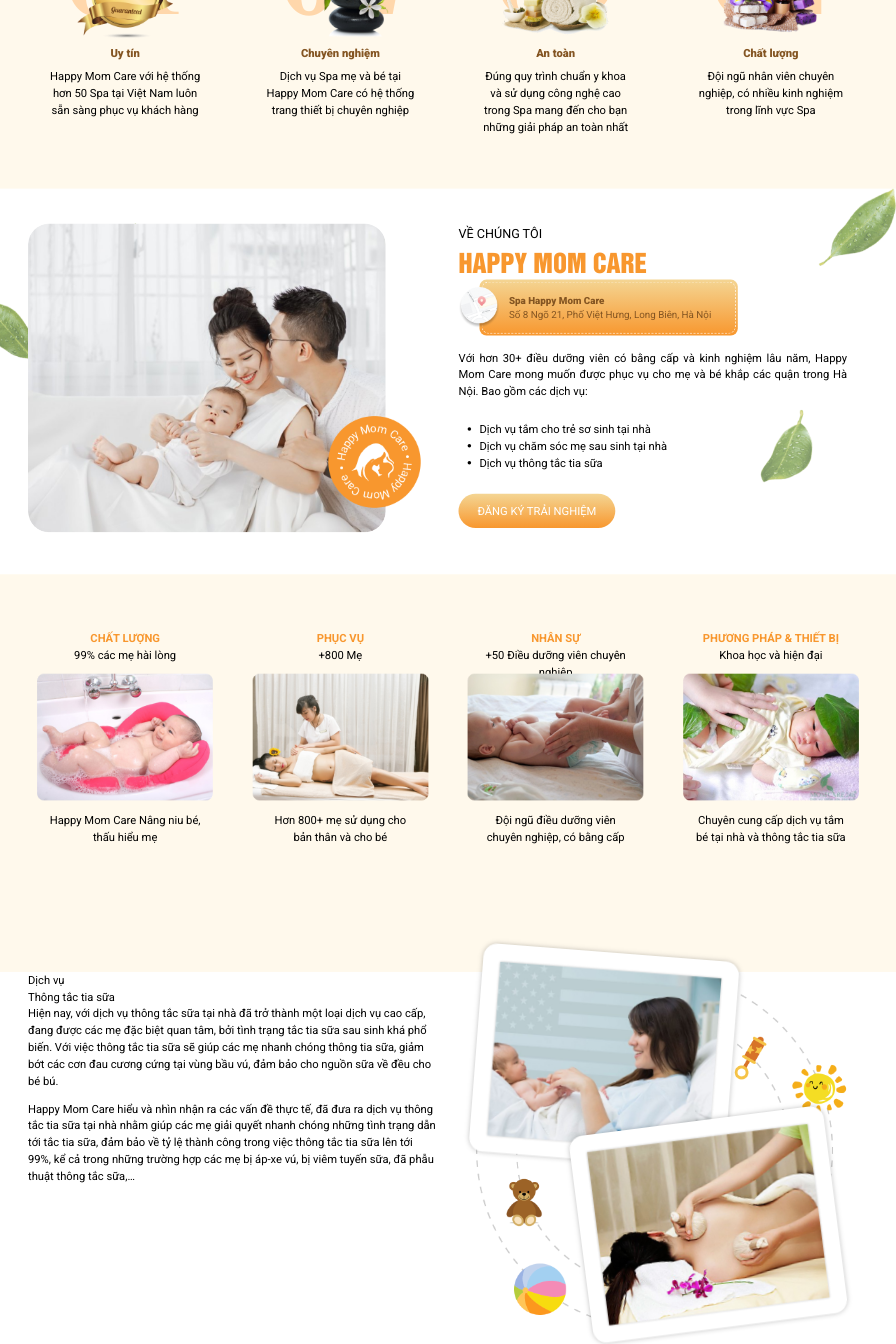
Repository: haianh12082001/happymom
Page: index.html
These files come from the project's save history. The page is drawn as it stood at one moment and after the next save; the edit follows.
The browser window is 1280 px wide. The pictures show the part of the page from y = 849 to 2769 px (the page is 2769 px tall), at 70% of full size.
Some web libraries are served in a nearby version. The style sheet was rebuilt from its Sass, Less or Tailwind sources for each picture, by a compiler version that may differ from the author's.

Above is the page before, as saved 2021-11-16 10:05:43.

### index.html
<!DOCTYPE html>
<html lang="en">
    <head>
        <meta charset="UTF-8" />
        <meta http-equiv="X-UA-Compatible" content="IE=edge" />
        <meta name="viewport" content="width=device-width, initial-scale=1.0" />
        <title>Document</title>
        <link href="https://fonts.googleapis.com/css2?family=Roboto:wght@300;400;500;700;900&display=swap" rel="stylesheet" />
        <link rel="stylesheet" href="./assets/fonts/fontawesome-free-5.15.3/css/all.min.css" />
        <link
            rel="stylesheet"
            href="https://cdn.jsdelivr.net/npm/bootstrap@4.6.0/dist/css/bootstrap.min.css"
            integrity="sha384-B0vP5xmATw1+K9KRQjQERJvTumQW0nPEzvF6L/Z6nronJ3oUOFUFpCjEUQouq2+l"
            crossorigin="anonymous"
        />
        <link rel="stylesheet" href="./assets/css/app.css" />
    </head>
    <body>
        <div class="topbar">
            <div class="topbar__container container">
                <div class="topbar__logo">
                    <img src="./assets/img/logo.png" alt="" />
                </div>
                <div class="topbar__openTime">
                    <div class="openTime__text">Giờ mở cửa</div>
                    <div class="openTime__time">8h00 - 16h00</div>
                </div>
                <div class="topbar__seach">
                    <input type="text" name="" id="" placeholder="Tìm kiếm" />
                    <button class="button__seach">
                        <i class="fas fa-search r"></i>
                    </button>
                </div>
                <div class="topbar__hotline">
                    <div class="hotline__icon">
                        <img src="./assets/img/icon__phone.png" alt="" />
                    </div>
                    <div class="hotline__text">
                        <p class="hotline__text--top">Hotline:</p>
                        <p class="hotline__text--bottom">0944 430 977</p>
                    </div>
                </div>
                <div class="topbar__book">
                    <div class="book__icon">
                        <i class="fas fa-calendar-alt"></i>
                    </div>
                    <p class="book__text">Đặt lịch hẹn</p>
                </div>
            </div>
        </div>
        <header class="header">
            <div class="header__container container">
                <ul class="header__list">
                    <li class="header__item">
                        <a href="#" class="header__link">Trang chủ</a>
                    </li>
                    <li class="header__item">
                        <a href="#" class="header__link">Giới thiệu</a>
                    </li>
                    <li class="header__item">
                        <a href="#" class="header__link">Dịch vụ</a>
                    </li>
                    <li class="header__item">
                        <a href="#" class="header__link">Khoá học</a>
                    </li>
                    <li class="header__item">
                        <a href="#" class="header__link">Hệ thống đại lý</a>
                    </li>
                    <li class="header__item">
                        <a href="#" class="header__link">Tin tức</a>
                    </li>
                    <li class="header__item">
                        <a href="#" class="header__link">Liên hệ</a>
                    </li>
                </ul>
                <ul class="header__social">
                    <li>
                        <a href="#">
                            <i class="fab fa-facebook-f"></i>
                        </a>
                    </li>
                    <li>
                        <a href="#">
                            <i class="fab fa-twitter"></i>
                        </a>
                    </li>
                    <li>
                        <a href="#">
                            <i class="fab fa-google-plus-g"></i>
                        </a>
                    </li>
                    <li>
                        <a href="#">
                            <i class="fab fa-skype"></i>
                        </a>
                    </li>
                </ul>
            </div>
        </header>
        <section class="banner">
            <div class="banner__content">
                <div class="banner__img">
                    <img src="./assets/img/banner/Rectangle 28.png" alt="" />
                </div>
                <!-- <div class="banner__phone">
                    <div class="icon">
                        <i class="fas fa-phone-alt"></i>
                    </div>
                    <div class="text">0944 430 977</div>
                </div> -->
            </div>
        </section>
        <section class="bannerAdv">
            <div class="bannerAdv__container container">
                <div class="row">
                    <div class="bannerAdv__item col-lg-3">
                        <div class="bannerAdv__item--top">
                            <div class="text">01</div>
                            <img src="./assets/img/bannerAdv/pngwing 6.png" alt="" />
                        </div>
                        <div class="bannerAdv__item--bottom">
                            <div class="name">Uy tín</div>
                            <p class="des">Happy Mom Care với hệ thống hơn 50 Spa tại Việt Nam luôn sẵn sàng phục vụ khách hàng</p>
                        </div>
                    </div>
                    <div class="bannerAdv__item col-lg-3">
                        <div class="bannerAdv__item--top">
                            <div class="text">02</div>
                            <img src="./assets/img/bannerAdv/pngwing 8.png" alt="" />
                        </div>
                        <div class="bannerAdv__item--bottom">
                            <div class="name">Chuyên nghiệm</div>
                            <p class="des">Dịch vụ Spa mẹ và bé tại Happy Mom Care có hệ thống trang thiết bị chuyên nghiệp</p>
                        </div>
                    </div>
                    <div class="bannerAdv__item col-lg-3">
                        <div class="bannerAdv__item--top">
                            <div class="text">03</div>
                            <img src="./assets/img/bannerAdv/pngwing 9.png" alt="" />
                        </div>
                        <div class="bannerAdv__item--bottom">
                            <div class="name">An toàn</div>
                            <p class="des">Đúng quy trình chuẩn y khoa và sử dụng công nghệ cao trong Spa mang đến cho bạn những giải pháp an toàn nhất</p>
                        </div>
                    </div>
                    <div class="bannerAdv__item col-lg-3">
                        <div class="bannerAdv__item--top">
                            <div class="text">04</div>
                            <img src="./assets/img/bannerAdv/pngwing 10.png" alt="" />
                        </div>
                        <div class="bannerAdv__item--bottom">
                            <div class="name">Chất lượng</div>
                            <p class="des">Đội ngũ nhân viên chuyên nghiệp, có nhiều kinh nghiệm trong lĩnh vực Spa</p>
                        </div>
                    </div>
                </div>
            </div>
        </section>
        <section class="introduce">
            <div class="introduce__container container">
                <div class="row">
                    <div class="col-lg-6">
                        <div class="introduce__img">
                            <img src="./assets/img/Rectangle 33.png" alt="" />
                        </div>
                    </div>
                    <div class="col-lg-6">
                        <div class="introduce__heading">Về chúng tôi</div>
                        <div class="introduce__name">Happy mom care</div>
                        <div class="introduce__address">
                            <div class="introduce__address--img">
                                <img src="./assets/img/Ellipse 29.png" alt="" />
                            </div>
                            <div class="introduce__address--text">
                                <p>Spa Happy Mom Care</p>
                                <span>Số 8 Ngõ 21, Phố Việt Hưng, Long Biên, Hà Nội</span>
                            </div>
                        </div>
                        <div class="introduce__text">
                            <p>
                                Với hơn 30+ điều dưỡng viên có bằng cấp và kinh nghiệm lâu năm, Happy Mom Care mong muốn được phục vụ cho mẹ và bé khắp các quận
                                trong Hà Nội. Bao gồm các dịch vụ:
                            </p>
                            <ul class="text__list">
                                <li>Dịch vụ tắm cho trẻ sơ sinh tại nhà</li>
                                <li>Dịch vụ chăm sóc mẹ sau sinh tại nhà</li>
                                <li>Dịch vụ thông tắc tia sữa</li>
                            </ul>
                        </div>
                        <div class="introduce__btn">
                            <a href="">Đăng ký trải nghiệm</a>
                        </div>
                    </div>
                </div>
            </div>
        </section>
        <section class="blog">
            <div class="blog__container container">
                <div class="row">
                    <div class="blog__item col-lg-3">
                        <div class="blog__name">Chất lượng</div>
                        <div class="blog__subname">99% các mẹ hài lòng</div>
                        <div class="blog__img">
                            <img src="./assets/img/blog/Rectangle 35 (3).png" alt="" />
                        </div>
                        <div class="blog__des">Happy Mom Care Nâng niu bé, thấu hiểu mẹ</div>
                        <div class="blog__btn btn">
                            <a href="">Tìm hiểu thêm</a>
                            <img class="blog__btn--img" src="./assets/img/blog/plant 1.png" alt="" />
                        </div>
                    </div>
                    <div class="blog__item col-lg-3">
                        <div class="blog__name">Phục vụ</div>
                        <div class="blog__subname">+800 Mẹ</div>
                        <div class="blog__img">
                            <img src="./assets/img/blog/Rectangle 35 (4).png" alt="" />
                        </div>
                        <div class="blog__des">Hơn 800+ mẹ sử dụng cho bản thân và cho bé</div>
                        <div class="blog__btn btn">
                            <a href="">Tìm hiểu thêm</a>
                            <img class="blog__btn--img" src="./assets/img/blog/plant 1.png" alt="" />
                        </div>
                    </div>
                    <div class="blog__item col-lg-3">
                        <div class="blog__name">Nhân sự</div>
                        <div class="blog__subname">+50 Điều dưỡng viên chuyên nghiệp</div>
                        <div class="blog__img">
                            <img src="./assets/img/blog/Rectangle 35 (5).png" alt="" />
                        </div>
                        <div class="blog__des">Đội ngũ điều dưỡng viên chuyên nghiệp, có bằng cấp</div>
                        <div class="blog__btn btn">
                            <a href="">Tìm hiểu thêm</a>
                            <img class="blog__btn--img" src="./assets/img/blog/plant 1.png" alt="" />
                        </div>
                    </div>
                    <div class="blog__item col-lg-3">
                        <div class="blog__name">PHƯƠNG PHÁP & THIẾT BỊ</div>
                        <div class="blog__subname">Khoa học và hiện đại</div>
                        <div class="blog__img">
                            <img src="./assets/img/blog/Rectangle 35 (6).png" alt="" />
                        </div>
                        <div class="blog__des">Chuyên cung cấp dịch vụ tắm bé tại nhà và thông tắc tia sữa</div>
                        <div class="blog__btn btn">
                            <a href="">Tìm hiểu thêm</a>
                            <img class="blog__btn--img" src="./assets/img/blog/plant 1.png" alt="" />
                        </div>
                    </div>
                </div>
            </div>
        </section>
        <seaction class="serviceOne">
            <div class="serviceOne__container container">
                <div class="row">
                    <div class="col-lg-6 serviceOne__left">
                        <div class="service__title">Dịch vụ</div>
                        <div class="service__name">Thông tắc tia sữa</div>
                        <p>
                            Hiện nay, với dịch vụ thông tắc sữa tại nhà đã trở thành một loại dịch vụ cao cấp, đang được các mẹ đặc biệt quan tâm, bởi tình
                            trạng tắc tia sữa sau sinh khá phổ biến. Với việc thông tắc tia sữa sẽ giúp các mẹ nhanh chóng thông tia sữa, giảm bớt các cơn đau
                            cương cứng tại vùng bầu vú, đảm bảo cho nguồn sữa về đều cho bé bú.
                        </p>
                        <p>
                            Happy Mom Care hiểu và nhìn nhận ra các vấn đề thực tế, đã đưa ra dịch vụ thông tắc tia sữa tại nhà nhằm giúp các mẹ giải quyết
                            nhanh chóng những tình trạng dẫn tới tắc tia sữa, đảm bảo về tỷ lệ thành công trong việc thông tắc tia sữa lên tới 99%, kể cả trong
                            những trường hợp các mẹ bị áp-xe vú, bị viêm tuyến sữa, đã phẫu thuật thông tắc sữa,…
                        </p>
                    </div>
                    <div class="col-lg-6 serviceOne__right">
                        <div class="bigCircle__img">
                            <img src="./assets/img/serviceOne/Group 392.png" alt="" />
                        </div>
                        <div class="serviceOne__img--top">
                            <img src="./assets/img/serviceOne/Rectangle 37 (1).png" alt="" />
                        </div>
                        <div class="serviceOne__img--bottom">
                            <img src="./assets/img/serviceOne/Rectangle 38 (1).png" alt="" />
                        </div>
                    </div>
                </div>
            </div>
        </seaction>
        <script type="text/javascript" src="https://code.jquery.com/jquery-1.11.0.min.js"></script>
        <script type="text/javascript" src="https://code.jquery.com/jquery-migrate-1.2.1.min.js"></script>
        <script
            src="https://cdnjs.cloudflare.com/ajax/libs/bootstrap/4.6.0/js/bootstrap.min.js"
            integrity="sha512-XKa9Hemdy1Ui3KSGgJdgMyYlUg1gM+QhL6cnlyTe2qzMCYm4nAZ1PsVerQzTTXzonUR+dmswHqgJPuwCq1MaAg=="
            crossorigin="anonymous"
            referrerpolicy="no-referrer"
        ></script>
        <script type="text/javascript" src="https://cdn.jsdelivr.net/npm/slick-carousel@1.8.1/slick/slick.min.js"></script>
        <script src="./assets/js/main.js"></script>
    </body>
</html>

### assets/sass/app.scss
@import "variables";
@import "reset";
@import "global";
@import "topbar";
@import "header";
@import "banner";
@import "bannerAdv";
@import "introduce";
@import "blog";
@import "service";

### assets/sass/_variables.scss
$font-family: "Roboto", sans-serif;
$color-global: #f8972e;
$text-color: #000000;

### assets/sass/_reset.scss
html {
    box-sizing: border-box;
    scroll-behavior: smooth;
}
* {
    margin: 0;
    padding: 0;
}
*,
*:before,
*:after {
    box-sizing: border-box;
}
input,
textarea,
select,
button {
    outline: none;
}
input {
    line-height: normal;
    outline: none;
    box-shadow: none;
}
input:focus {
    outline: 0;
    border: none;
    box-shadow: none;
}
ul,
li {
    margin: 0;
    padding: 0;
    list-style: none;
}
label,
button {
    cursor: pointer;
}
a {
    text-decoration: none;
    &:hover {
        text-decoration: none;
    }
}
img {
    display: block;
    max-width: 100%;
}

### assets/sass/_global.scss
@font-face {
    font-family: "UTM";
    font-display: swap;
    src: url("../fonts/word/UTM\ HelvetIns.ttf") format("truetype");
}
@font-face {
    font-family: "Time";
    font-display: swap;
    src: url("../fonts/word/timesbd.ttf") format("truetype");
}
body {
    font-family: $font-family;
    margin: 0;
    padding: 0;
    width: 100%;
    font-size: 16px;
    color: $text-color;
}
.container {
    max-width: 1230px;
    margin: 0 auto;
    padding: 0 15px;
}

### assets/sass/_header.scss
.header {
    // height: 59px;
    background: $color-global;
    &__container {
        display: flex;
        justify-content: space-between;
        align-items: center;
    }
    &__list {
        display: flex;
        justify-content: space-between;
        text-transform: uppercase;
        align-items: center;
        // column-gap: 66px;
    }
    &__item {
        margin-left: 66px;
        padding: 16px 0;
        &:first-child {
            margin-left: 0;
        }
    }
    &__link {
        color: #fff;
        font-weight: 500;
    }
    &__social {
        display: flex;
        align-items: center;
        li {
            width: 31px;
            height: 31px;
            background: #fff;
            border-radius: 50%;
            margin-left: 8px;
            i {
                display: flex;
                height: 100%;
                justify-content: center;
                align-items: center;
            }
        }
    }
}

### assets/sass/_banner.scss
.banner {
    position: relative;
    &__img img {
        width: 100%;
        max-height: 598px;
    }
    &__phone {
        color: #845522;
        display: flex;
        .text {
            font-family: "UTM";
        }
    }
}

### assets/sass/_bannerAdv.scss
.bannerAdv {
    background: #fff9ec;
    padding: 25px 0 60px;
    &__container {
    }
    &__item {
        padding: 0px 46px;
        display: flex;
        flex-direction: column;
        align-items: center;
        &--top {
            position: relative;
            display: inline-block;
            max-width: 180px;
            height: 207px;

            .text {
                color: #ffd7ab;
                font-size: 180px;
                font-weight: 700;
                font-family: "Time";
                line-height: 206px;
            }
            img {
                position: absolute;
                bottom: 10px;
                left: 50%;
                transform: translateX(-50%);
            }
        }
        &--bottom {
            text-align: center;
            .name {
                color: #845522;
                margin-bottom: 9px;
                font-weight: 900;
            }
        }
    }
}

### assets/sass/_blog.scss
.blog {
    padding-top: 40px;
    padding-bottom: 60px;
    background: #fff9ec;
    &__item {
        padding: 40px 28px 55px 28px;
    }
    &__name {
        text-align: center;
        text-transform: uppercase;
        color: $color-global;
        font-weight: 700;
    }
    &__subname {
        text-align: center;
        // margin-bottom: 13px;
        height: 38px;
    }
    &__des {
        text-align: center;
        padding: 17px;
        display: -webkit-box;
        -webkit-line-clamp: 2;
        -webkit-box-orient: vertical;
        overflow: hidden;
        text-overflow: ellipsis;
        word-break: break-word;
        // height: 59px;
    }
    &__btn {
        text-align: center;
        margin-top: 10px;
        position: relative;
        display: inherit;
        visibility: hidden;
        a {
            padding: 15px 28px 11px 28px;
            background: linear-gradient(180deg, #f4d593 0%, #f8972e 100%);
            border-radius: 50px;
            text-transform: uppercase;
            color: #fff;
            font-weight: 500;
            box-shadow: 0 3px 0px rgba($color: #c2611c, $alpha: 1);
        }
        &--img {
            position: absolute;
            bottom: 0;
            right: 0;
            transform: translateX(25%);
        }
    }
    &__item:hover {
        box-shadow: 0px 0px 20px rgba(239, 206, 168, 0.5);
        border-radius: 20px;
        .blog__btn {
            visibility: initial;
        }
    }
}

### assets/sass/_service.scss
.service {
}
.serviceOne {
    &__right {
        padding: 0 40px;
        position: relative;
    }
    &__img--top {
        position: absolute;
        top: -28px;
        // left: 0;
        padding: 20px;
        filter: drop-shadow(0px 0px 4px rgba(0, 0, 0, 0.25));
        transform: rotate(4.47deg);
        border-radius: 20px;
        background: #fff;
        img {
            width: 326px;
            height: 258px;
            // object-fit: cover;
        }
    }
    &__img--bottom {
        position: absolute;
        bottom: 0;
        right: 60px;
        padding: 20px;
        filter: drop-shadow(0px 0px 4px rgba(0, 0, 0, 0.25));
        transform: rotate(-7.32deg);
        border-radius: 20px;
        background: #fff;
        img {
            width: 326px;
            height: 258px;
        }
    }
}

Loaded but not shown: assets/fonts/fontawesome-free-5.15.3/css/all.min.css (library); assets/sass/_introduce.scss (117 lines, source omitted); assets/sass/_topbar.scss (95 lines, source omitted); assets/js/main.js (no copy from this time; the picture is the same without it)

After the next save:
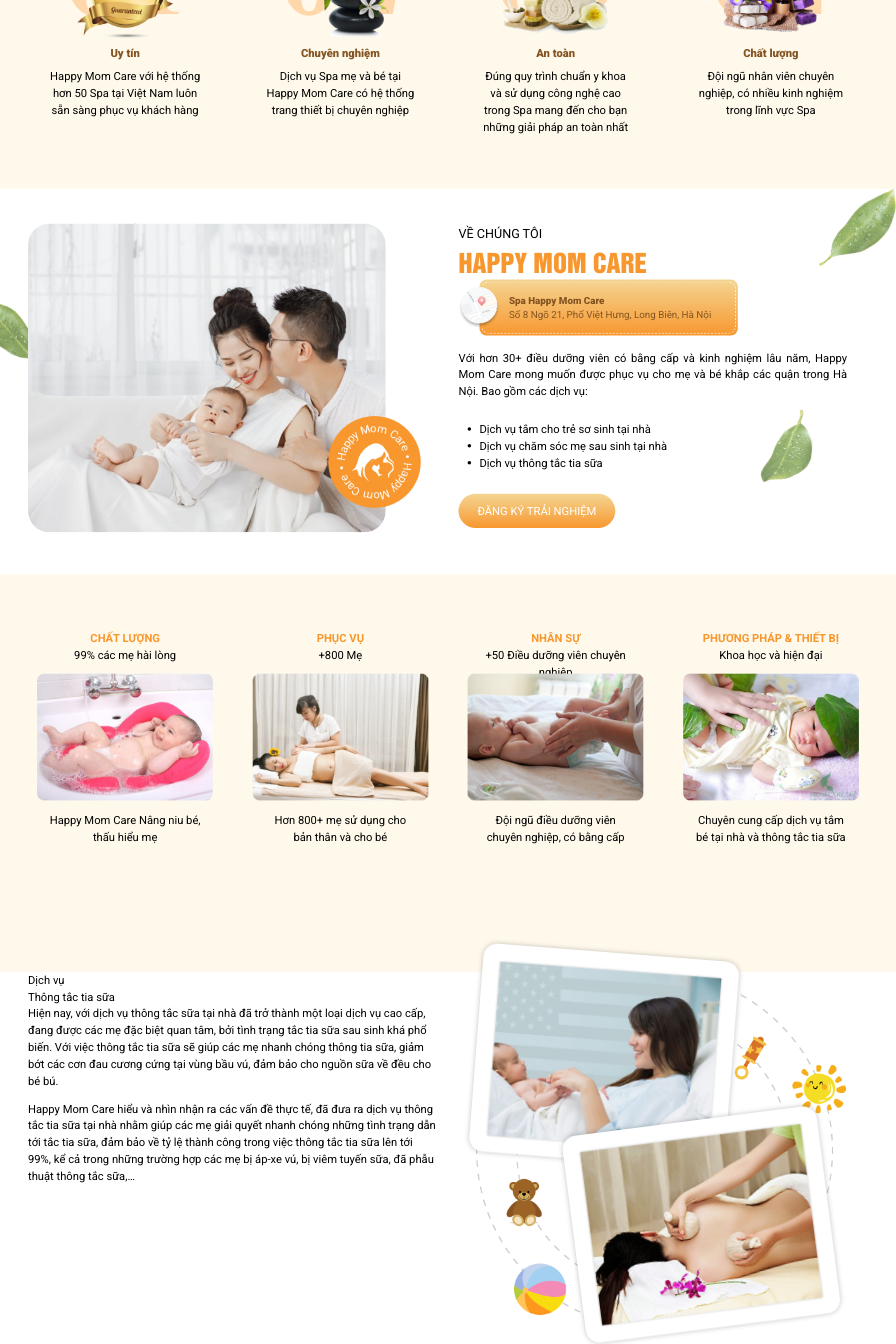
Saved 10 s later.
--- a/assets/sass/_service.scss
+++ b/assets/sass/_service.scss
@@ -23,7 +23,7 @@
     &__img--bottom {
         position: absolute;
         bottom: 0;
-        right: 60px;
+        right: 70px;
         padding: 20px;
         filter: drop-shadow(0px 0px 4px rgba(0, 0, 0, 0.25));
         transform: rotate(-7.32deg);
